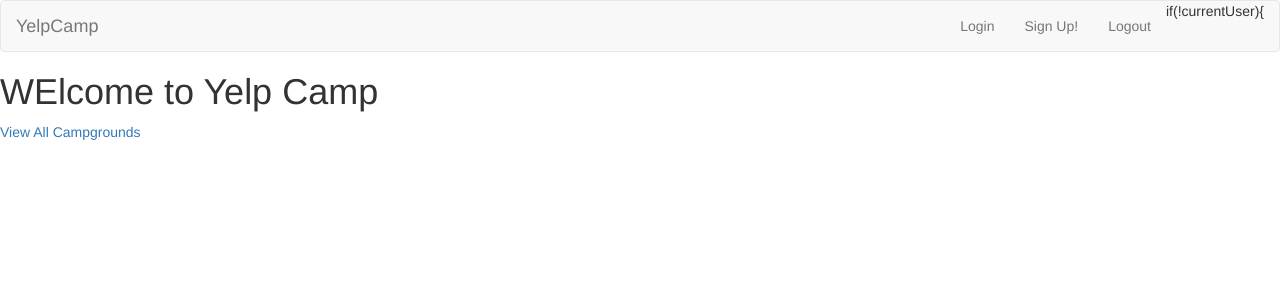
Repository: karanagg262/The-Web-Development-Bootcamp
Page: http://localhost/
The author's editor kept a record of every edit. The page is drawn from the files as they stood at one moment, then again after the next edit.
The browser window is 1280 px wide. The pictures show the whole page.
The page is served by the project's Node server (yelpcamp/v5/app.js).

Above is the page before.

After the next edit:
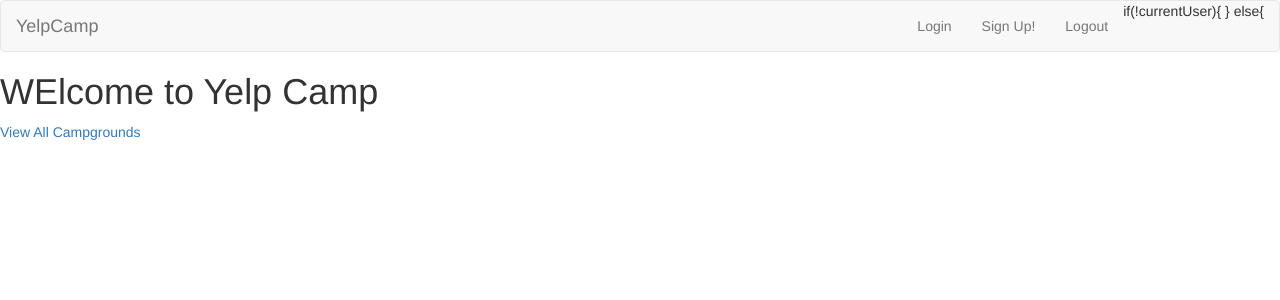
The edit:
--- a/Backend and full scale projects/yelpcamp/v5/views/partials/header.ejs
+++ b/Backend and full scale projects/yelpcamp/v5/views/partials/header.ejs
@@ -17,6 +17,8 @@
                         if(!currentUser){
                         <li><a href="/login">Login</a></li>
                         <li><a href="/register">Sign Up!</a></li>
+                        }
+                        else{
                         <li><a href="/logout">Logout</a></li>
                     </ul>
                 </div>
